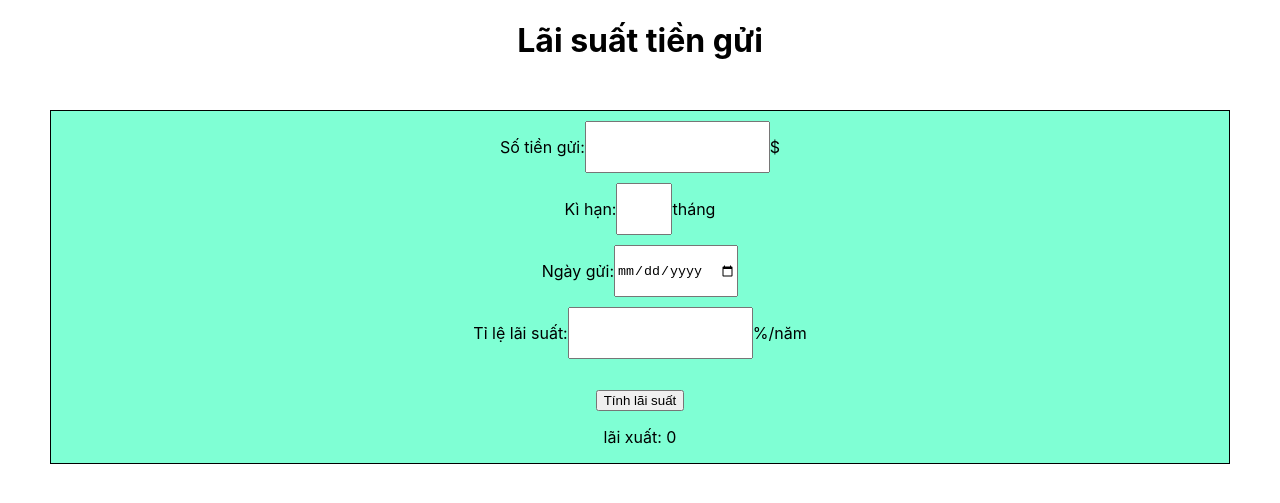
Repository: Trinvm1997/ReactExercise
Page: / (app in interest_rate/)
The author's editor kept a copy of each file at every save. The page is drawn from the files as they stood at one save, then again after the next save.
The browser window is 1280 px wide. The pictures show the whole page.
The project was rebuilt for these pictures with package versions that can differ from the ones it lists, and the page was loaded fresh each time.

Above is the page before, as saved 2020-12-24 10:16:16.

After the next save:
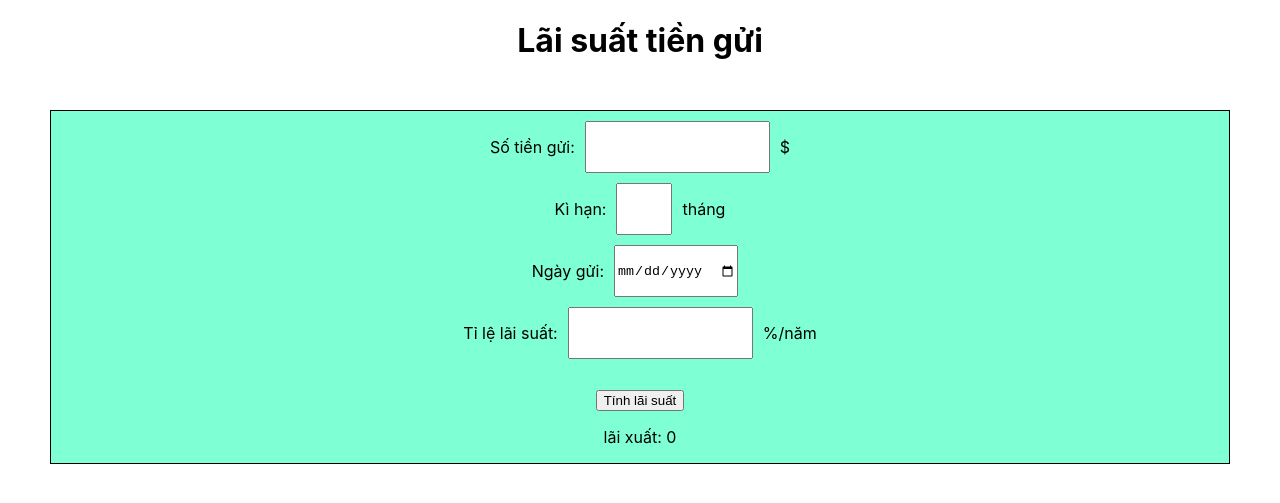
Saved 2 min 31 s later.
--- a/interest_rate/src/App.css
+++ b/interest_rate/src/App.css
@@ -52,3 +52,7 @@ form div {
   margin: 10px;
   justify-content: center;
 }
+form div input {
+  margin-left: 10px;
+  margin-right: 10px;
+}
